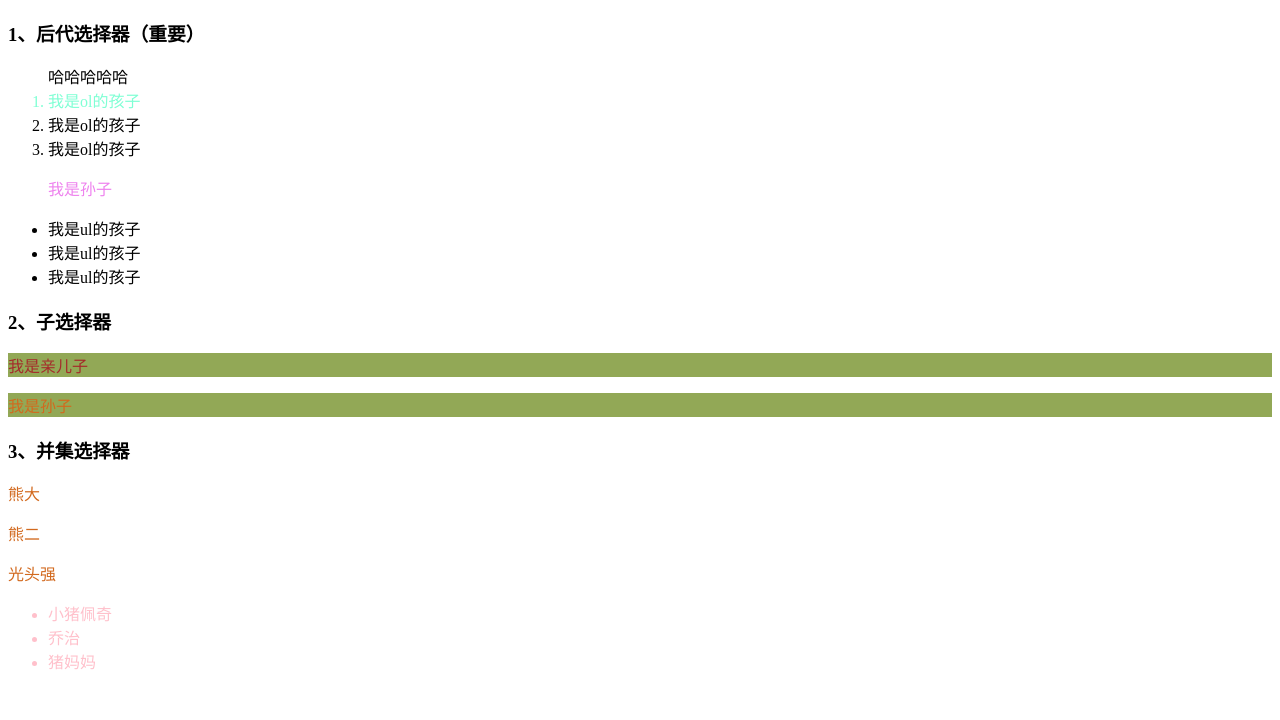
Repository: zhengdeya/web-based
Page: 19-CSS复合选择器.html
The author's editor kept a copy of each file at every save. The page is drawn from the files as they stood at one save, then again after the next save.
The browser window is 1280 px wide. The pictures show the whole page.

Above is the page before, as saved 2021-03-29 10:27:17.

After the next save:
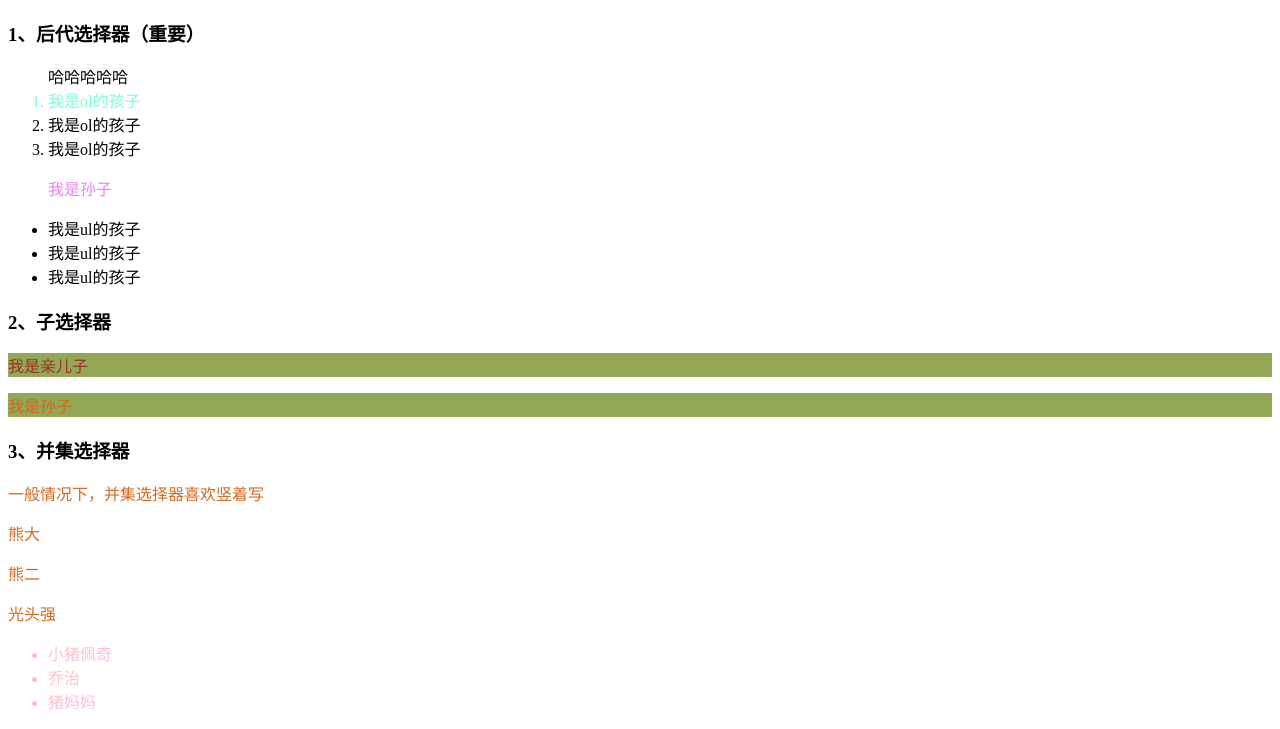
Saved 3 min 23 s later.
--- a/19-CSS复合选择器.html
+++ b/19-CSS复合选择器.html
@@ -67,6 +67,7 @@
     </div>
     <h3>3、并集选择器</h3>
     <div id="bord">
+        <p>一般情况下，并集选择器喜欢竖着写</p>
         <div>熊大</div>
         <p>熊二</p>
         <span>光头强</span>
